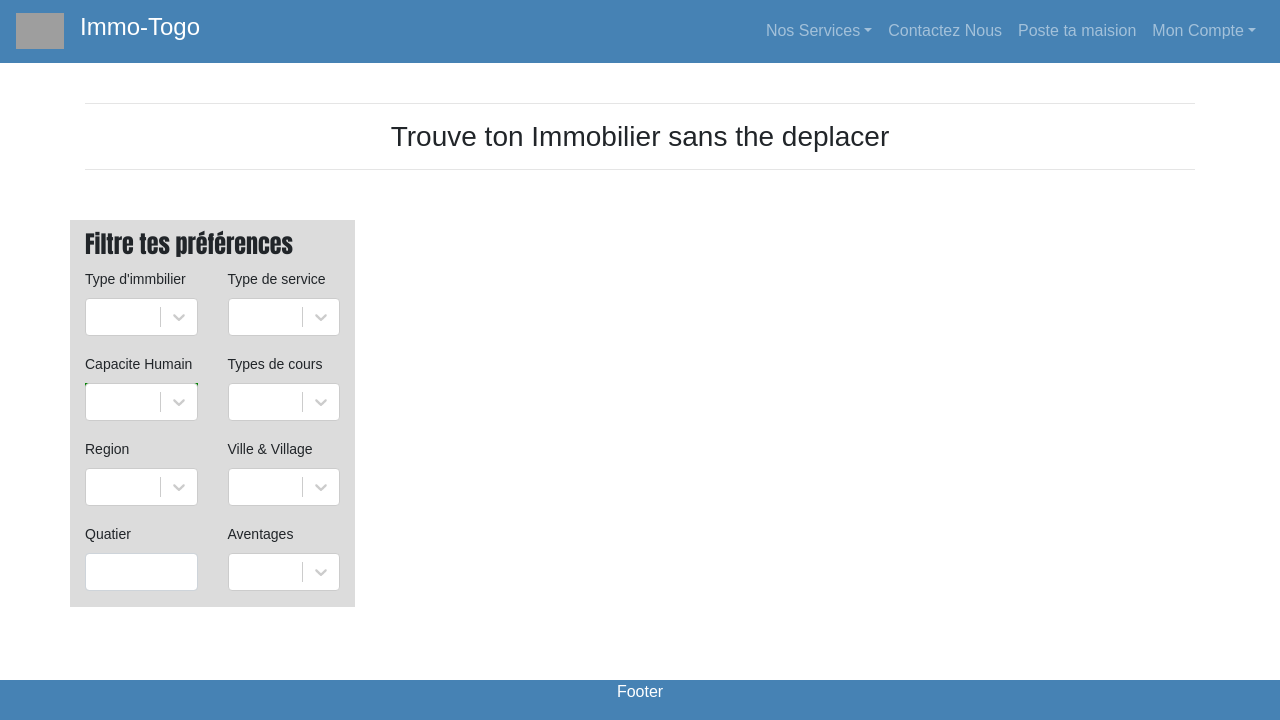
Repository: TAYLOR-YAO/immobilier-togo
Page: / (app in client/)
These files come from the project's save history. The page is drawn as it stood at one moment and after the next save; the edit follows.
The browser window is 1280 px wide. The pictures show the whole page.
Pictures or frames that could not be fetched are drawn as grey boxes. The page's requests for data from a server got no answer. The project was rebuilt for these pictures with package versions that can differ from the ones it lists, and the page was loaded fresh each time. No one was signed in, and anything a server would have sent is missing. Also part of the build but not shown: client/src/Components/RegisterHouses/RegisterHouse.css, client/src/Components/RegisterHouses/RegisterHouse.js, client/src/Components/Test_file.js, client/src/Components/test-2.js.

Above is the page before, as saved 2020-05-14 23:56:06.

After the next save:
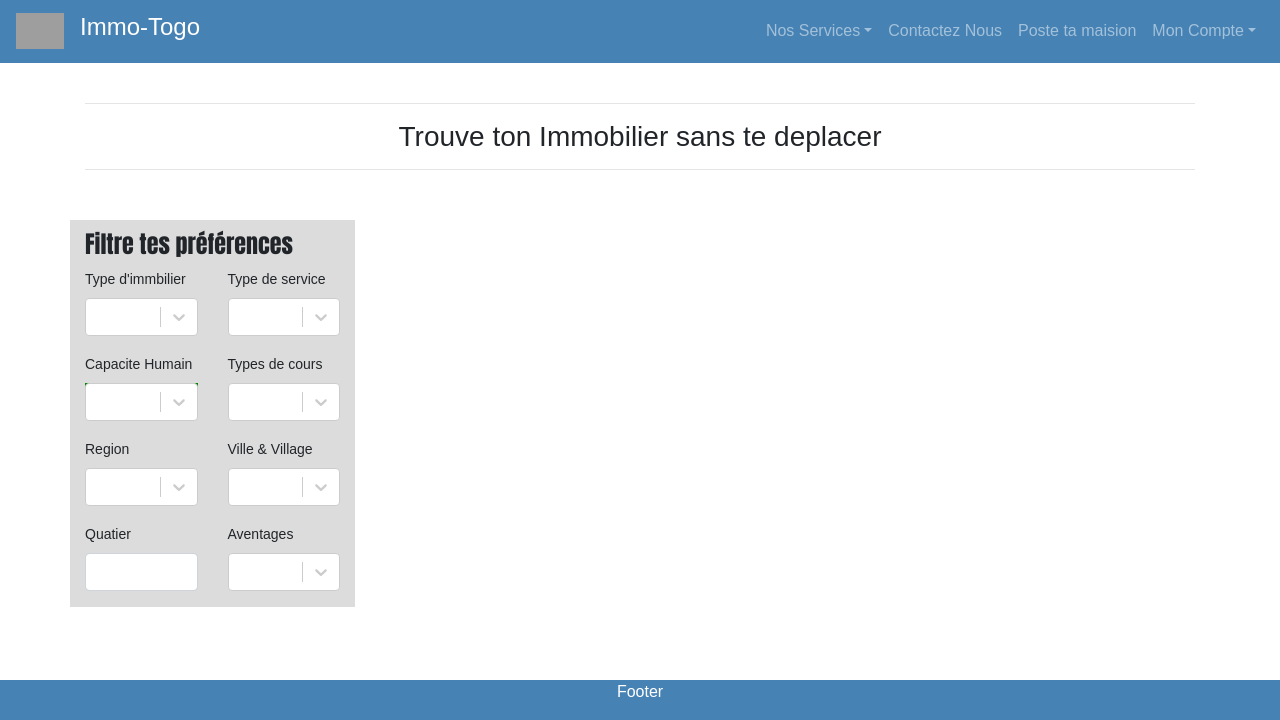
Saved 14 min 54 s later.
--- a/client/src/Components/LendingPage/LendingPage.js
+++ b/client/src/Components/LendingPage/LendingPage.js
@@ -116,7 +116,7 @@ componentDidMount = ()=>{
     })
     this.setState({
       immobiliers: filteredServices,
-      selectedAventages: servicesOptions.value
+      selectedServices: servicesOptions.value
     })
   }
 
@@ -145,7 +145,7 @@ render() {
           <div style={{textAlign:"center"}}>
             <br/>
             <hr/>
-            <h3>Trouve ton Immobilier sans the deplacer</h3>
+            <h3>Trouve ton Immobilier sans te deplacer</h3>
             <hr/>
           </div>
         <br/>
